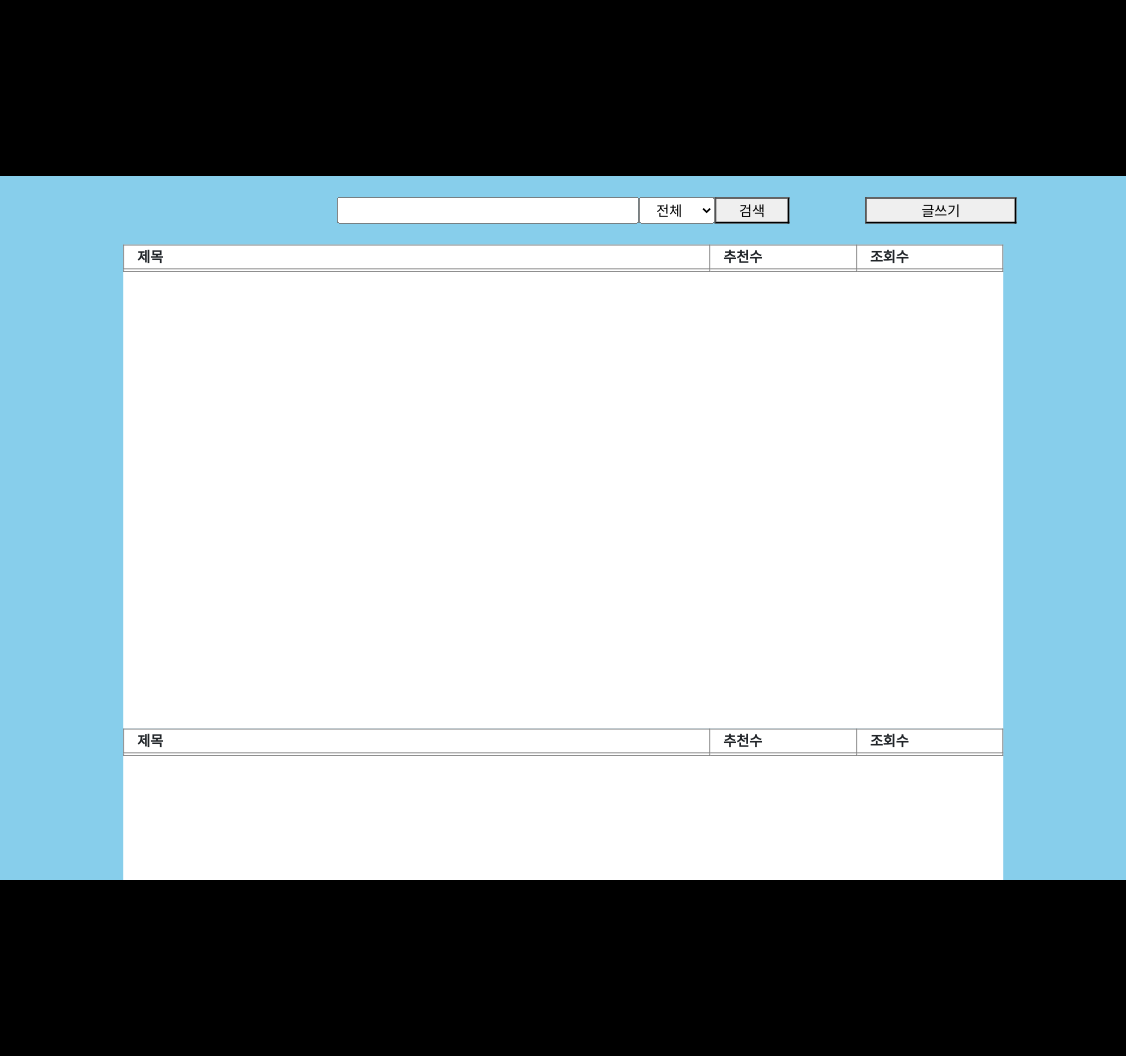
Repository: HJCroCat/project4
Page: http://localhost/koravle/getBoardMain.jsp
These files come from the project's save history. The page is drawn as it stood at one moment and after the next save; the edit follows.
The browser window is 1280 px wide. The pictures show the whole page, at 88% of full size.
An inner scrolling area shows only its first screen. The page is served by Tomcat 9. Nobody is signed in. The application's start-up code is not run. Other server files are loaded and not shown. The template is opened directly, without the code that normally fills it, so the values that code supplies are empty.

Above is the page before, as saved 2021-12-15 07:24:22.

### koravle/koravle/src/main/webapp/getBoardMain.jsp
<%@ page language="java" contentType="text/html; charset=UTF-8"
	pageEncoding="UTF-8"%>
<%@ taglib uri="http://java.sun.com/jstl/core_rt" prefix="c"%>

<!DOCTYPE html>
<html>
<head>
<!-- Required meta tags -->
<meta charset="utf-8">
<meta name="viewport"
	content="width=device-width, initial-scale=1, shrink-to-fit=no">

<!-- Bootstrap CSS -->
<link rel="stylesheet"
	href="https://cdn.jsdelivr.net/npm/bootstrap@4.6.1/dist/css/bootstrap.min.css"
	integrity="sha384-zCbKRCUGaJDkqS1kPbPd7TveP5iyJE0EjAuZQTgFLD2ylzuqKfdKlfG/eSrtxUkn"
	crossorigin="anonymous">

<title></title>
</head>
<body>

	<!-- header -->
	<header style="min-width:1280px; height:200px; margin:auto; background-color: black; ">

	</header>


	<!-- 게시판 메인 페이지 영역 시작 -->

	<main style="overflow:auto; max-width:1280px; min-width:1000px; height:800px; margin:auto; background-color: skyblue; ">

	<div style="max-width:1000px; margin:auto;">

		<div class="row">
			<br/>
		</div>

		<div class="row">
			<div class="col-3"></div>
			<input type="text" class="col-4" name="searchWord" id="searchWord">
			<select class="col-1" name="selectSearch" id="selectSearch">
				<option value="1" selected>전체</option>
				<option value="boardName">글제목</option>
				<option value="regionName">관광지</option>
				<option value="boardWriter">작성자</option>
			</select>
			<button class="col-1" onclick='location.href="getBoardList.do"'>검색</button>
			<div class="col-1"></div>
			<button class="col-2" onclick='location.href="insertBoard.do"'>글쓰기</button>
		</div>


		<div class="row">
			<br/>
		</div>

		<div style="row" style="height:400px;">

			<div style="col-5">
				<div style="background-color: white; min-height:550px;">
					<table class="col-12" border="1">
						<tr>
							<th class="col-8" align="center">제목</th>
							<th class="col-2" align="center">추천수</th>
							<th class="col-2" align="center">조회수</th>
						</tr>
						<tr>
							<td class="col-8" align="left"><a href="getBoard.do?boardIdx=${board.boardIdx}">
															${board.boardTitle }</a></td>
							<td class="col-2">${board.boardReco }</td>
							<td class="col-2">${board.boardViewCount }</td>
					</table>
				</div>
			</div>

			<div class="col-2">
				<tr/>
			</div>

			<div style="col-5">
				<div style="background-color: white; min-height:550px;">
					<table class="col-12" border="1">
						<tr>
							<th class="col-8" align="center">제목</th>
							<th class="col-2" align="center">추천수</th>
							<th class="col-2" align="center">조회수</th>
						</tr>
						<tr>
							<td class="col-8" align="left"><a href="getBoard.do?boardIdx=${board.boardIdx}">
															${board.boardTitle }</a></td>
							<td class="col-2">${board.boardReco }</td>
							<td class="col-2">${board.boardViewCount }</td>
					</table>
				</div>

			</div>


		</div>

		<div class="row">
			<br/>
		</div>

		<div style="row" style="height:400px;">

			<div style="col-5">
				<div style="background-color: white; min-height:550px;">
					<table class="col-12" border="1">
						<tr>
							<th class="col-8" align="center">제목</th>
							<th class="col-2" align="center">추천수</th>
							<th class="col-2" align="center">조회수</th>
						</tr>
						<tr>
							<td class="col-8" align="left"><a href="getBoard.do?boardIdx=${board.boardIdx}">
															${board.boardTitle }</a></td>
							<td class="col-2">${board.boardReco }</td>
							<td class="col-2">${board.boardViewCount }</td>
					</table>
				</div>
			</div>

			<div class="col-2">
				<tr/>
			</div>

			<div style="col-5">
				<div style="background-color: white; min-height:550px;">
					<table class="col-12" border="1">
						<tr>
							<th class="col-8" align="center">제목</th>
							<th class="col-2" align="center">추천수</th>
							<th class="col-2" align="center">조회수</th>
						</tr>
						<tr>
							<td class="col-8" align="left"><a href="getBoard.do?boardIdx=${board.boardIdx}">
															${board.boardTitle }</a></td>
							<td class="col-2">${board.boardReco }</td>
							<td class="col-2">${board.boardViewCount }</td>
					</table>
				</div>

			</div>


		</div>



	</div>

	</main>
	<!-- 게시판 메인 페이지 영역 끝 -->

	<!-- footer -->

	<footer style="min-width:1280px; height:200px; margin:auto; background-color: black;">

	</footer>


	<!-- Optional JavaScript; choose one of the two! -->

	<!-- Option 1: jQuery and Bootstrap Bundle (includes Popper) -->
	<script
		src="https://cdn.jsdelivr.net/npm/jquery@3.5.1/dist/jquery.slim.min.js"
		integrity="sha384-DfXdz2htPH0lsSSs5nCTpuj/zy4C+OGpamoFVy38MVBnE+IbbVYUew+OrCXaRkfj"
		crossorigin="anonymous"></script>
	<script
		src="https://cdn.jsdelivr.net/npm/bootstrap@4.6.1/dist/js/bootstrap.bundle.min.js"
		integrity="sha384-fQybjgWLrvvRgtW6bFlB7jaZrFsaBXjsOMm/tB9LTS58ONXgqbR9W8oWht/amnpF"
		crossorigin="anonymous"></script>

	<!-- Option 2: Separate Popper and Bootstrap JS -->
	<!--
    <script src="https://cdn.jsdelivr.net/npm/jquery@3.5.1/dist/jquery.slim.min.js" integrity="sha384-DfXdz2htPH0lsSSs5nCTpuj/zy4C+OGpamoFVy38MVBnE+IbbVYUew+OrCXaRkfj" crossorigin="anonymous"></script>
    <script src="https://cdn.jsdelivr.net/npm/popper.js@1.16.1/dist/umd/popper.min.js" integrity="sha384-9/reFTGAW83EW2RDu2S0VKaIzap3H66lZH81PoYlFhbGU+6BZp6G7niu735Sk7lN" crossorigin="anonymous"></script>
    <script src="https://cdn.jsdelivr.net/npm/bootstrap@4.6.1/dist/js/bootstrap.min.js" integrity="sha384-VHvPCCyXqtD5DqJeNxl2dtTyhF78xXNXdkwX1CZeRusQfRKp+tA7hAShOK/B/fQ2" crossorigin="anonymous"></script>
    -->

</body>
</html>

After the next save:
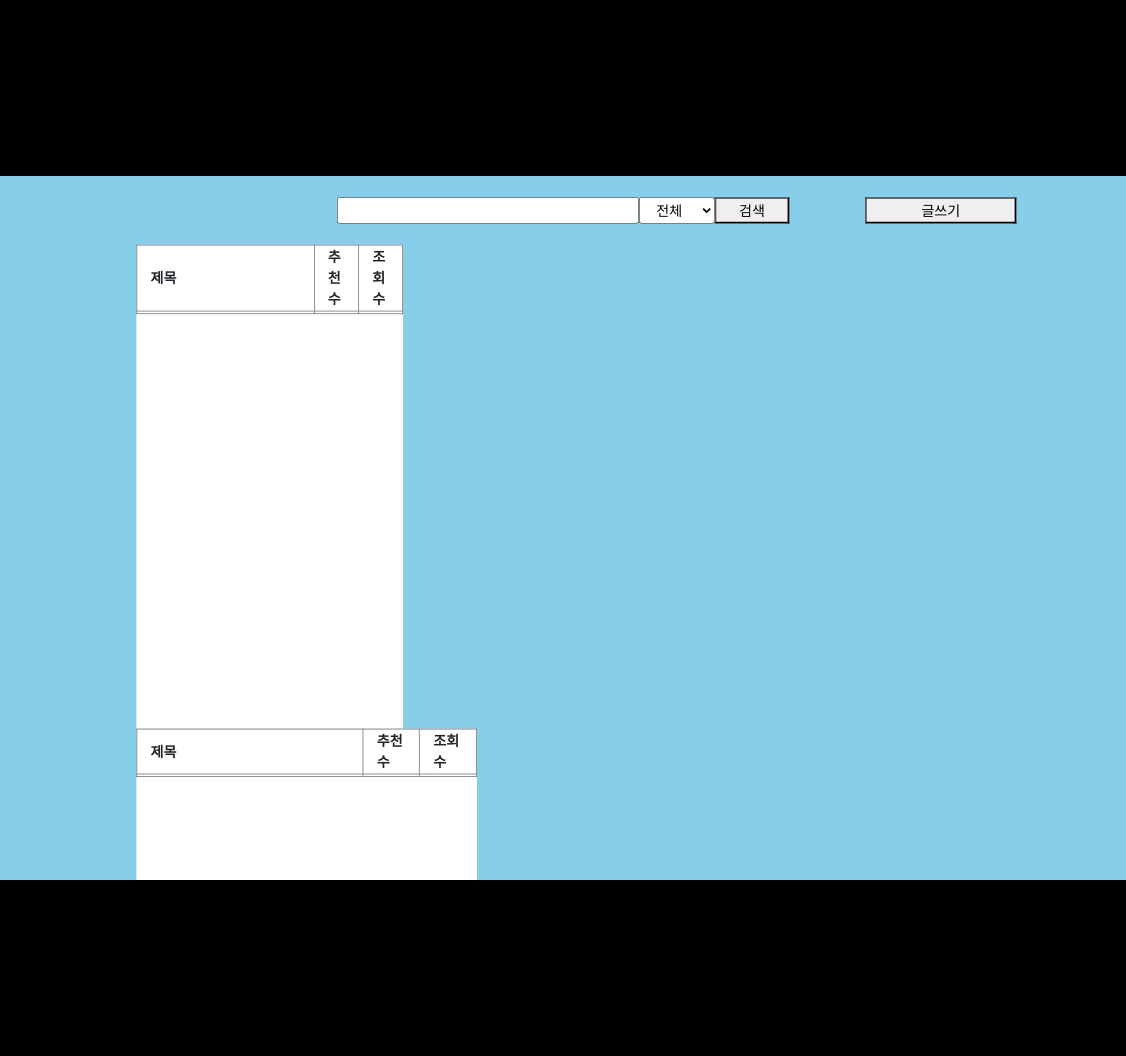
Saved 53 s later.
--- a/koravle/koravle/src/main/webapp/getBoardMain.jsp
+++ b/koravle/koravle/src/main/webapp/getBoardMain.jsp
@@ -57,7 +57,7 @@
 
 		<div style="row" style="height:400px;">
 
-			<div style="col-5">
+			<div class="col-4">
 				<div style="background-color: white; min-height:550px;">
 					<table class="col-12" border="1">
 						<tr>
@@ -78,7 +78,7 @@
 				<tr/>
 			</div>
 
-			<div style="col-5">
+			<div class="col-5">
 				<div style="background-color: white; min-height:550px;">
 					<table class="col-12" border="1">
 						<tr>
@@ -103,9 +103,9 @@
 			<br/>
 		</div>
 
-		<div style="row" style="height:400px;">
+		<div class="row" style="height:400px;">
 
-			<div style="col-5">
+			<div class="col-5">
 				<div style="background-color: white; min-height:550px;">
 					<table class="col-12" border="1">
 						<tr>
@@ -126,7 +126,7 @@
 				<tr/>
 			</div>
 
-			<div style="col-5">
+			<div class="col-5">
 				<div style="background-color: white; min-height:550px;">
 					<table class="col-12" border="1">
 						<tr>
